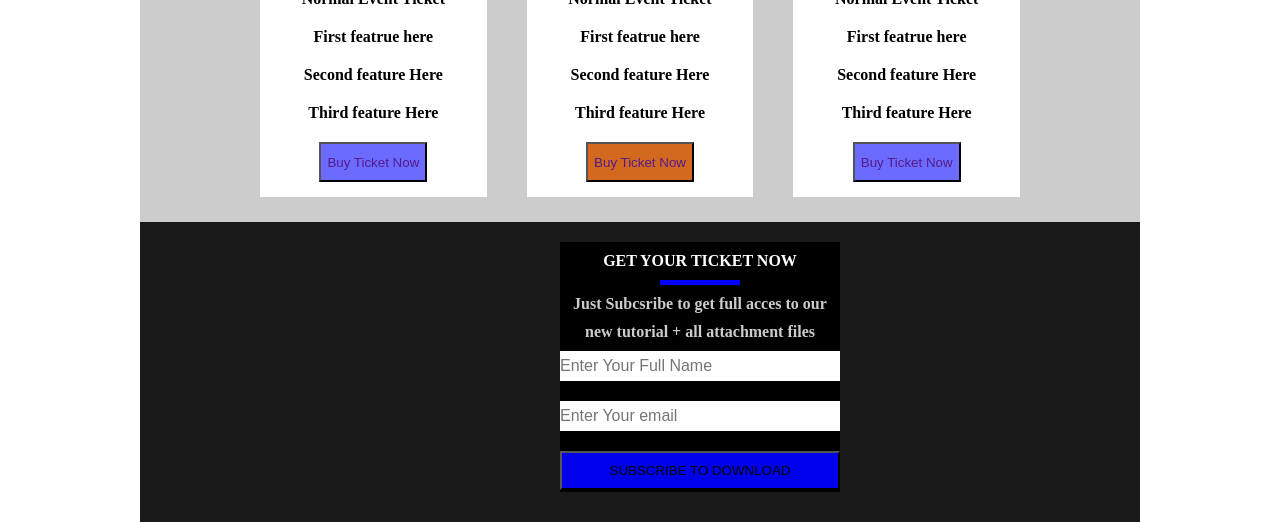
Repository: duyancol/project-ltw-nhom13
Page: page b/index.html
The author's editor kept a copy of each file at every save. The page is drawn from the files as they stood at one save, then again after the next save.
The browser window is 1280 px wide. The pictures show the part of the page from y = 1038 to 1560 px (the page is 1560 px tall).
A picture or video elsewhere on the page could not be fetched, so the positions and the page height are approximate. Some web fonts or font styles are not loaded; a fallback is used.

Above is the page before, as saved 2021-10-18 11:48:08.

After the next save:
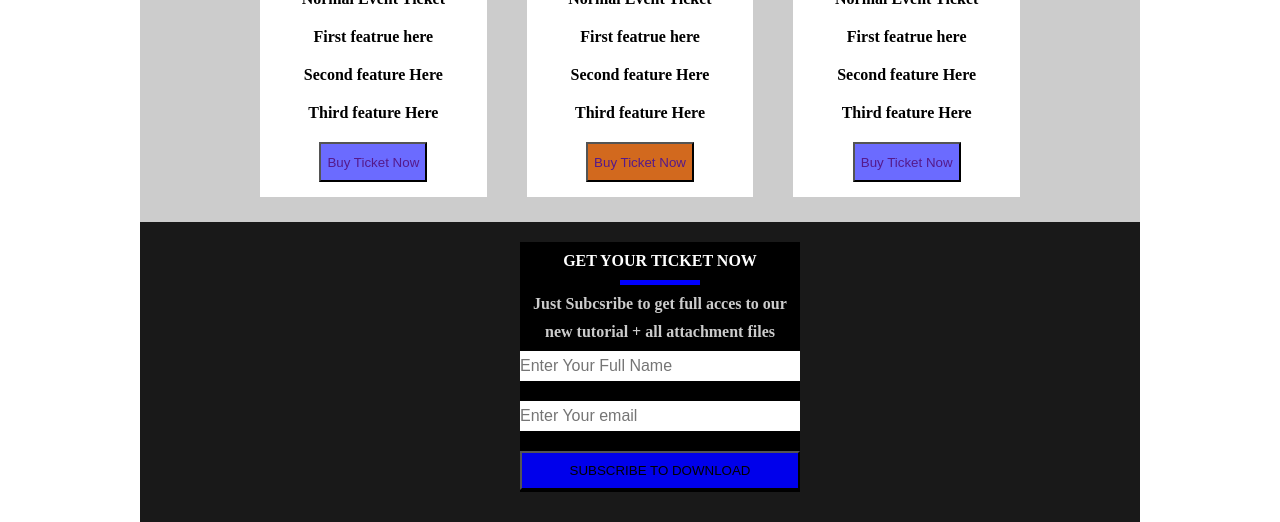
Saved 77 s later.
--- a/page b/style.css
+++ b/page b/style.css
@@ -160,7 +160,7 @@
     height: 250px;
     text-align: center;
     top: 20px;
-   left: 40%;
+   left: 35%;
 
 
  right: 40%;
